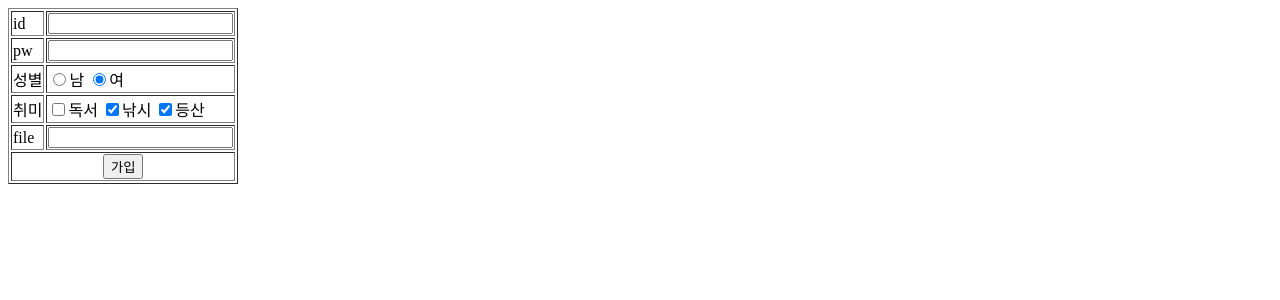
Repository: shouvoo/bitAcademy
Page: http://localhost/jspProj/request/joinForm.jsp
These files come from the project's save history. The page is drawn as it stood at one moment and after the next save; the edit follows.
The browser window is 1280 px wide. The pictures show the whole page.
The page is served by Tomcat 9. Other server files are loaded and not shown.

Above is the page before, as saved 2017-09-27 06:28:35.

### work/jsp/jspProj/WebContent/request/joinForm.jsp
<%@ page language="java" contentType="text/html; charset=UTF-8"
    pageEncoding="UTF-8"%>
<!DOCTYPE html PUBLIC "-//W3C//DTD HTML 4.01 Transitional//EN" "http://www.w3.org/TR/html4/loose.dtd">
<html>
	<head>
		<meta http-equiv="Content-Type" content="text/html; charset=UTF-8">
		<title>Insert title here</title>
	</head>


	<!-- size="10" 글자제한 -->
	<!-- maxlength="7" 글자제한 더 많이 쓰임-->
	<body>
		<form action="joinReg.jsp" >

			<table border="1">
				<tr>
					<td>id</td>
					<td><input name="id" type="text" maxlength="7"></td>
				</tr>
				<tr>
					<td>pw</td>
					<td><input name="pw" type="password" maxlength="7"></td>
				</tr>
				<tr>
					<td>성별</td>
					<td>
						<input type="radio" name="gender" value="m">남
						<input type="radio" name="gender" value="f" checked="checked">여
					</td>
				</tr>
				<tr>
					<td>취미</td>
					<td>
						<input type="checkbox" name="hobby" value="read">독서
						<input type="checkbox" name="hobby" value="fish" checked="checked">낚시
						<input type="checkbox" name="hobby" value="clim" checked="checked">등산
						 <!-- checked="checked" 초기값을 부여해준다 -->
					</td>
				</tr>
				<tr>
					<td>file</td>
					<td><input name="file" type="text" maxlength="7"></td>
				</tr>
				<tr>
					<td colspan="2" align="center">
						<input type="submit" value="가입">
					</td>
				</tr>
			</table>

			<!-- id : <input name="id" type="text" maxlength="7"><br>
			pw : <input name="pw" type="password" maxlength="7"><br>
			성별 : <input type="radio" name="gender" value="m">남 <input type="radio" name="gender" value="f">여 <br>
			<input type="submit"> -->

		</form>
	</body>
</html>

After the next save:
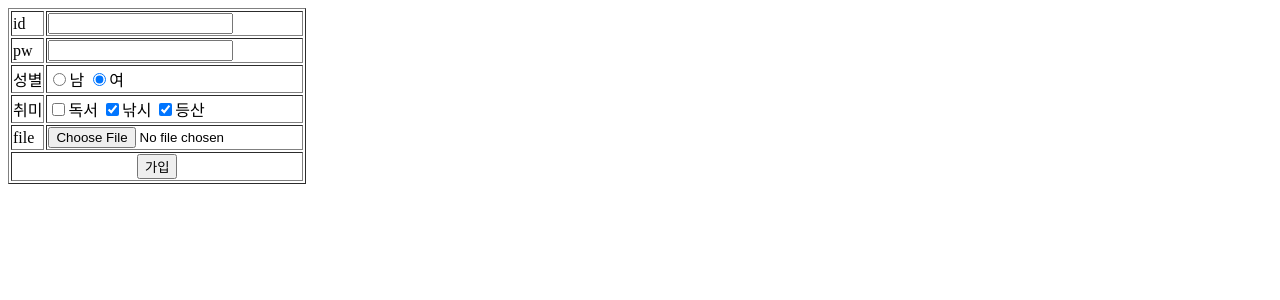
Saved 15 s later.
--- a/work/jsp/jspProj/WebContent/request/joinForm.jsp
+++ b/work/jsp/jspProj/WebContent/request/joinForm.jsp
@@ -40,7 +40,7 @@
 				</tr>
 				<tr>
 					<td>file</td>
-					<td><input name="file" type="text" maxlength="7"></td>
+					<td><input name="upfile" type="file"></td>
 				</tr>
 				<tr>
 					<td colspan="2" align="center">
